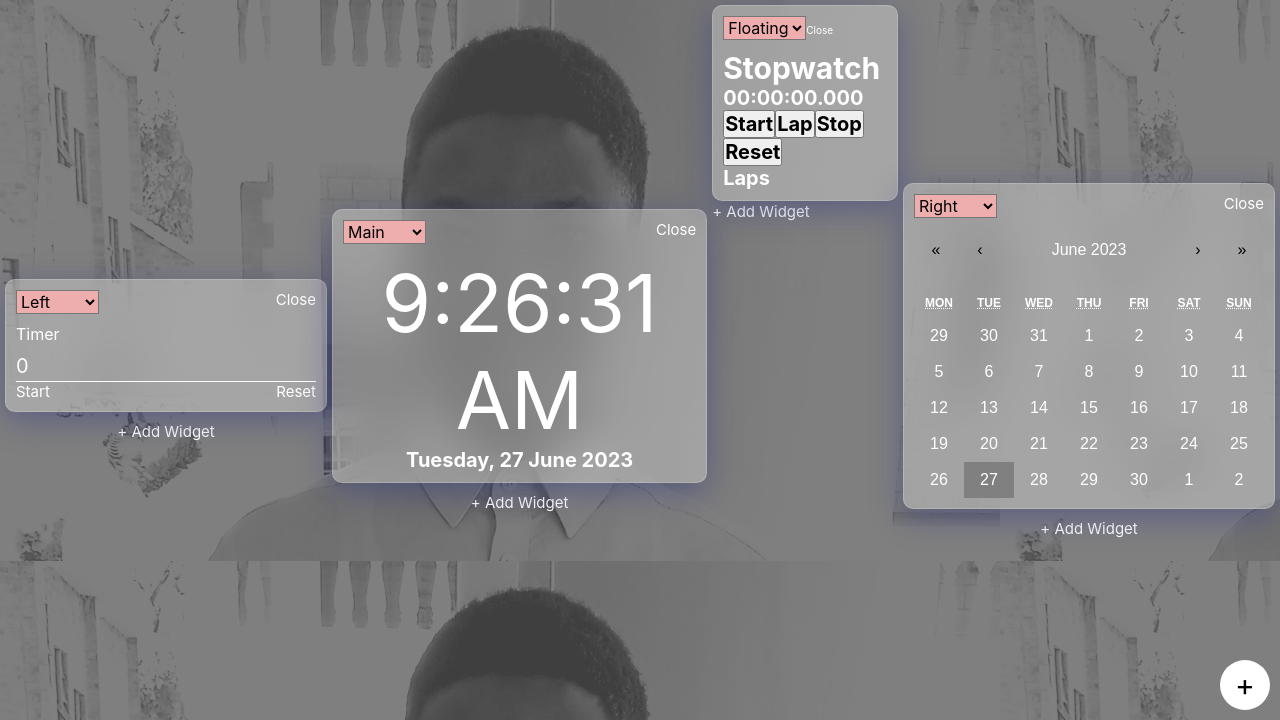
Repository: Angera-Silas/Planner-app
Page: /
An editor plug-in stored every save of this project. The page is shown before and after the next save, followed by the edit.
The browser window is 1280 px wide. The pictures show the whole page.
The project was rebuilt for these pictures with package versions that can differ from the ones it lists, and the page was loaded fresh each time. Also part of the build but not shown: src/widgets/ReminderListWidget.js, src/modals/WidgetGalleryModal.js.

Above is the page before, as saved 2023-06-27 18:11:53.

After the next save:
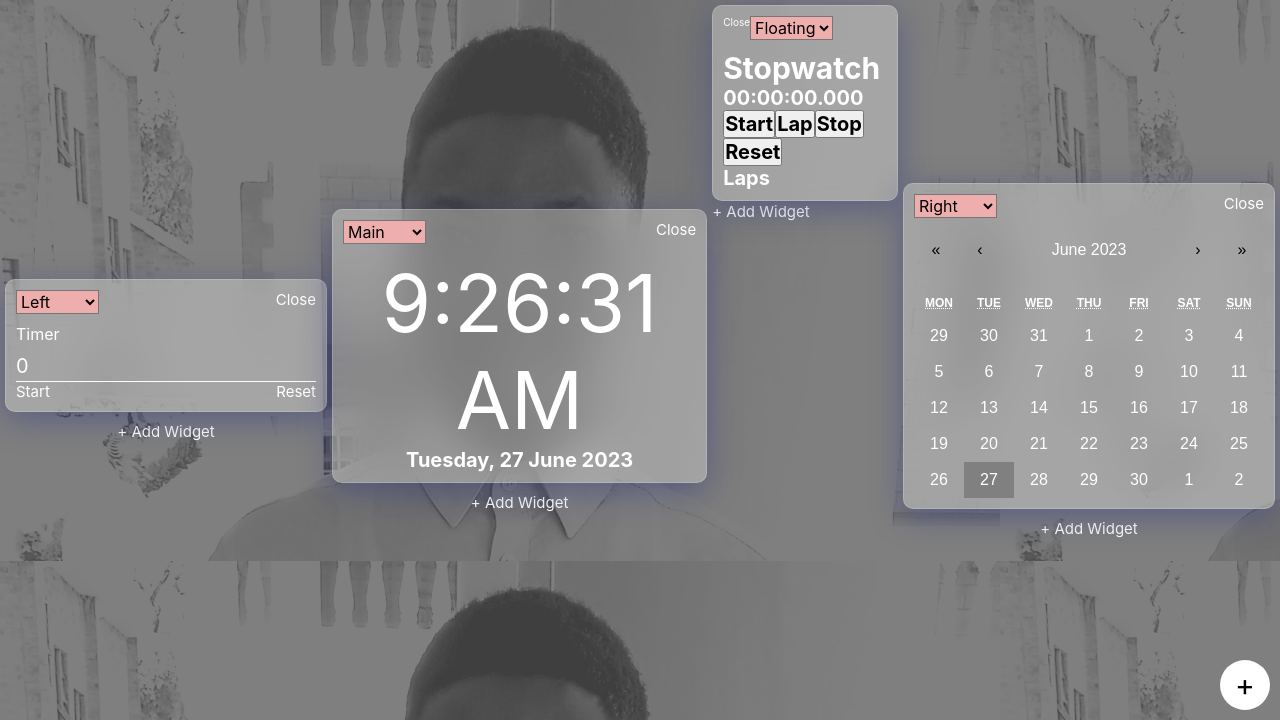
Saved 4 s later.
--- a/src/App.js
+++ b/src/App.js
@@ -175,7 +175,7 @@ function App() {
             onClick={() => {
              removeWidget(widget.id)
             }}
-            style={{ background: "none", border: "none", color: "white", fontSize: "10px", cursor: "pointer", float: "l" }}
+            style={{ background: "none", border: "none", color: "white", fontSize: "10px", cursor: "pointer", float: "left" }}
            >Close</button>
           </div>
           {widget.component}
